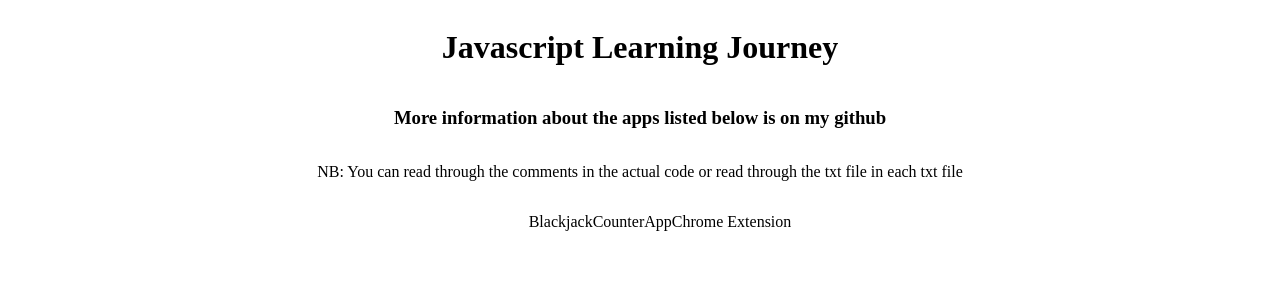
Repository: Siphamandla201/Javascript-Journey
Page: index.html
These files come from the project's save history. The page is drawn as it stood at one moment and after a run of saves; the edit follows.
The browser window is 1280 px wide. The pictures show the whole page.

Above is the page before, as saved 2023-07-27 16:19:54.

### index.html
<!DOCTYPE html>
<html lang="en">
<head>
    <meta charset="UTF-8">
    <meta name="viewport" content="width=device-width, initial-scale=1.0">
    <link rel="stylesheet" href="style.css">
    <title>Document</title>
</head>
<body>
    <h1>
        Javascript Learning Journey
    </h1>
    <h3>
        More information about the apps listed below is on my github
    </h3>
    <p>NB: You can read through the comments in the actual code or read through the txt file in each txt file</p>
    <ul class="game-links">
        <li><a href="./Blackjack/Blackjack.html">Blackjack</a></li>
        <li><a href="./CounterApp/Counter.html">CounterApp</a></li>
        <li><a href="./Extension/Index.html">Chrome Extension</a></li>
    </ul>
</body>
</html>

### style.css
body {
    display: flex;
    flex-direction: column;
    align-items: center;
    justify-content: center;
}

.game-links {
    display: flex;
    list-style: none;
    justify-content: space-between;
}

li > a {
    text-decoration: none;
    color: black;
}

After the next 3 saves:
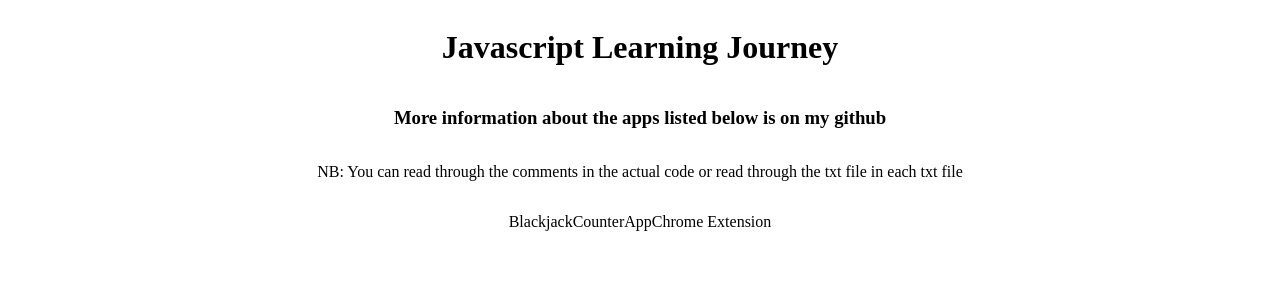
The 3 saves are shown as one change because they came seconds apart.
The last was saved 33 s later.
--- a/style.css
+++ b/style.css
@@ -9,6 +9,7 @@ body {
     display: flex;
     list-style: none;
     justify-content: space-between;
+    padding: 0%;
 }
 
 li > a {
